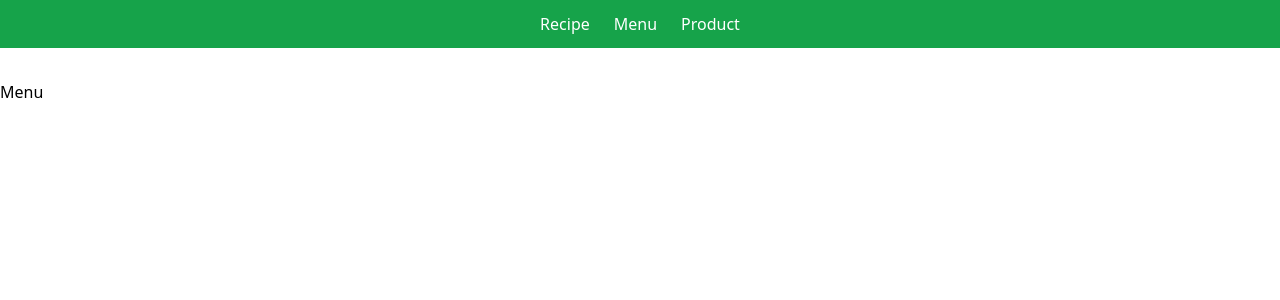
Repository: Amzad9/recipe-food
Page: /menu (app in new/)
These files come from the project's save history. The page is drawn as it stood at one moment and after the next save; the edit follows.
The browser window is 1280 px wide. The pictures show the whole page.
The page's requests for data from a server got no answer. The project was rebuilt for these pictures with package versions that can differ from the ones it lists, and the page was loaded fresh each time. No one was signed in, and anything a server would have sent is missing. Also part of the build but not shown: new/src/pages/recipe/Recipe.js, new/src/pages/Product.js, new/src/pages/recipe/RecipeDetails.js, new/src/pages/menu/MenuDetails.js.

Above is the page before, as saved 2022-10-11 20:00:52.

After the next save:
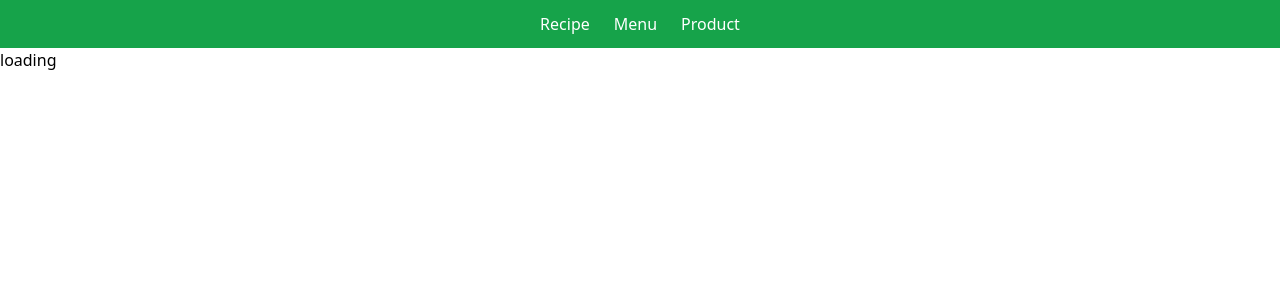
Saved 35 s later.
--- a/new/src/pages/menu/Menu.js
+++ b/new/src/pages/menu/Menu.js
@@ -4,6 +4,7 @@
 const [menu, setMenu] = useState([]);
 const [loading, setLoading] = useState(false);
 useEffect(()=>{
+    setLoading(true)
     const options = {
         method: 'GET',
         headers: {
